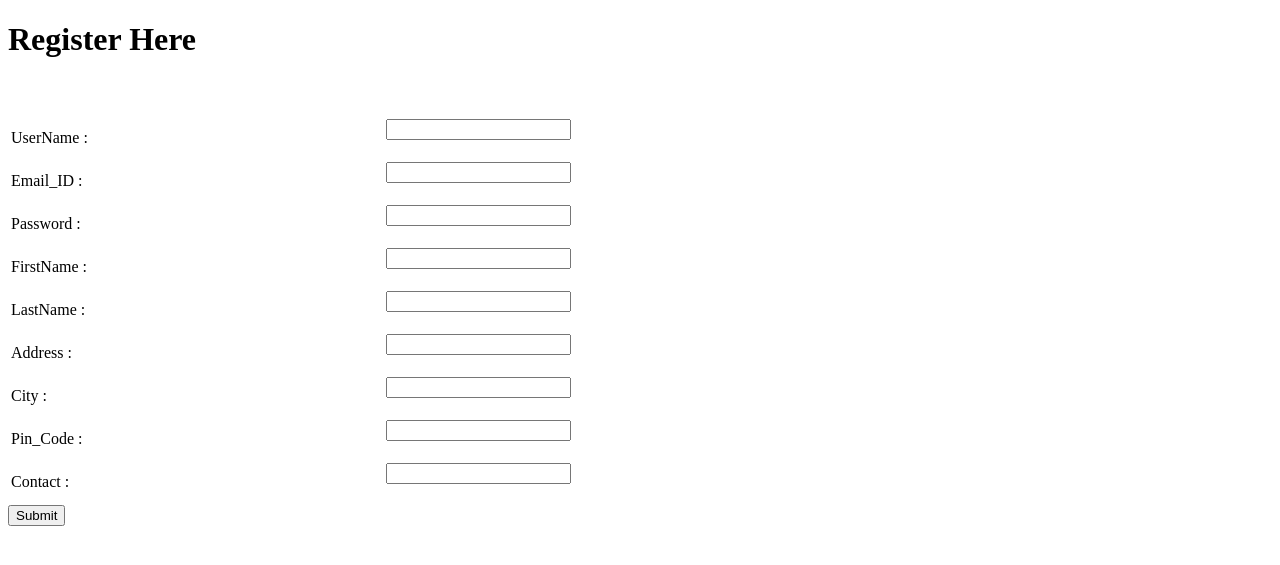
Repository: sunil965/JavaRepo
Page: WebProject/WebContent/registration.html
These files come from the project's save history. The page is drawn as it stood at one moment and after the next save; the edit follows.
The browser window is 1280 px wide. The pictures show the whole page.

Above is the page before, as saved 2017-04-26 12:42:52.

### WebProject/WebContent/registration.html
<!DOCTYPE html>
<html>
<head>
<meta charset="UTF-8">
<title>Insert title here</title>
</head>
<body>
<h1>Register Here</h1>
<div>
	<form action="RegisterServlet" method="post"><br><br>
	<table style="width:100%">
  <tr>
    <td>UserName :</td>
    <td><input type="text" name="user"/><br><br></td>
  </tr>
  <tr>
    <td>Email_ID :</td>
    <td><input type="text" name="eid"/><br><br></td>
  </tr>
  <tr>
    <td>Password :</td>
    <td><input type="password" name="pwd"/><br><br></td>
  </tr>
  <tr>
    <td>FirstName :</td>
    <td><input type="text" name="fname"/><br><br></td>
  </tr>
  <tr>
    <td>LastName :</td>
    <td><input type="text" name="lname"/><br><br></td>
  </tr>
  <tr>
    <td>Address :</td>
    <td><input type="text" name="address"/><br><br></td>
  </tr>
  <tr>
    <td>City :</td>
    <td><input type="text" name="city"/><br><br></td>
  </tr>
  <tr>
    <td>Pin_Code :</td>
    <td><input type="text" name="state"/><br><br></td>
  </tr>
  <tr>
    <td>Contact :</td>
    <td><input type="text" name="contact"/><br><br></td>
  </tr>
</table>

	<!-- <form action="RegisterServlet" method="post"><br><br>
	 UserName : <input type="text" name="user"/><br><br>
	 Email_ID :<input type="text" name="eid"/><br><br>
	 Password :<input type="password" name="pwd"/><br><br>
	 FirstName : <input type="text" name="fname"/><br><br>
	 LastName : <input type="text" name="lname"/><br><br>
	 Address : <input type="text" name="address"/><br><br>
	 City : <input type="text" name="city"/><br><br>
	 Pin_Code :<input type="text" name="state"/><br><br>
	 Contact :<input type="text" name="contact"/><br><br>
 -->	 <input type="Submit">
	</form>
</div>

</body>
</html>

After the next save:
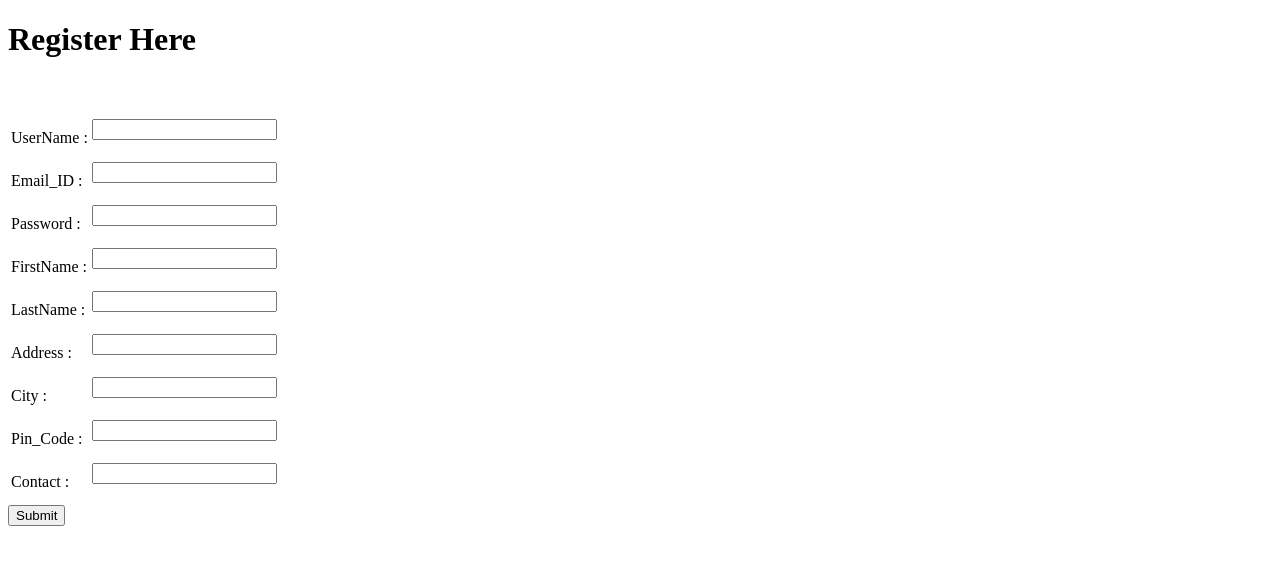
Saved 36 s later.
--- a/WebProject/WebContent/registration.html
+++ b/WebProject/WebContent/registration.html
@@ -8,7 +8,7 @@
 <h1>Register Here</h1>
 <div>
 	<form action="RegisterServlet" method="post"><br><br>
-	<table style="width:100%">
+	<table>
   <tr>
     <td>UserName :</td>
     <td><input type="text" name="user"/><br><br></td>
